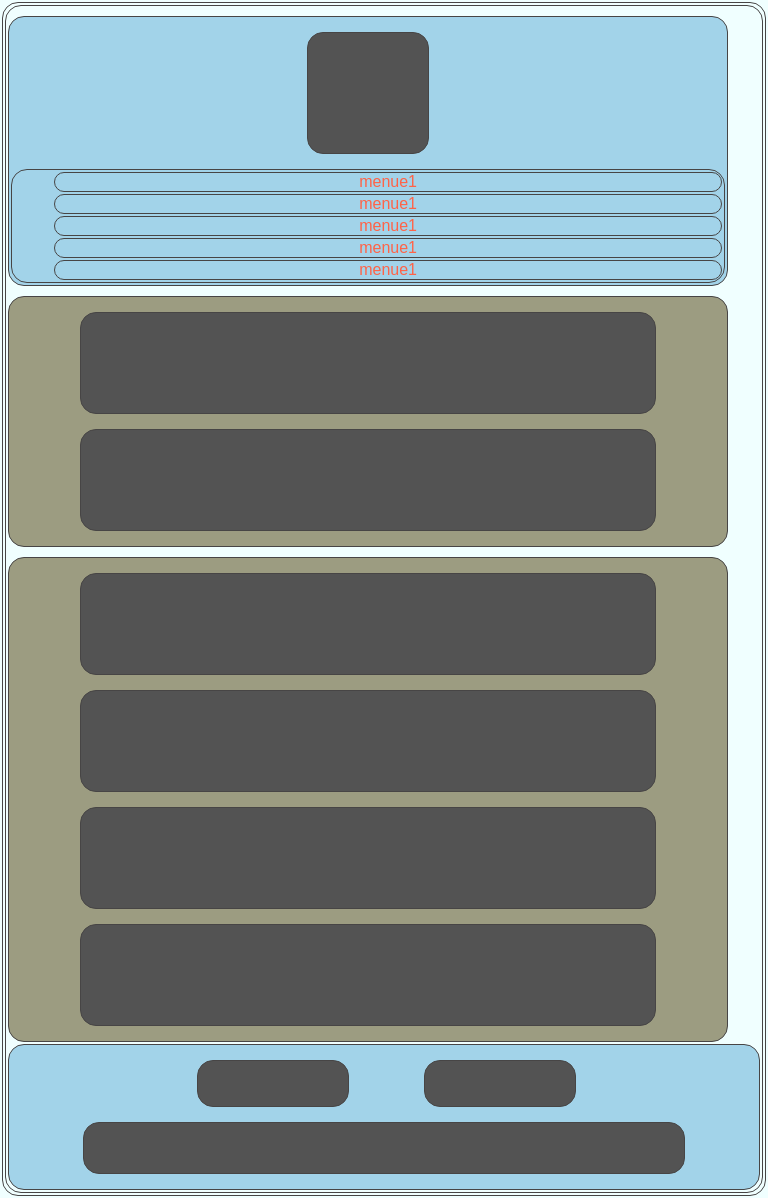
Repository: clairedupuich/cv-claireDUPUICH
Page: cv.html
An editor plug-in stored every save of this project. The page is shown before and after the next save, followed by the edit.
The browser window is 768 px wide. The pictures show the whole page.

Above is the page before, as saved 2020-10-08 17:33:31.

After the next save:
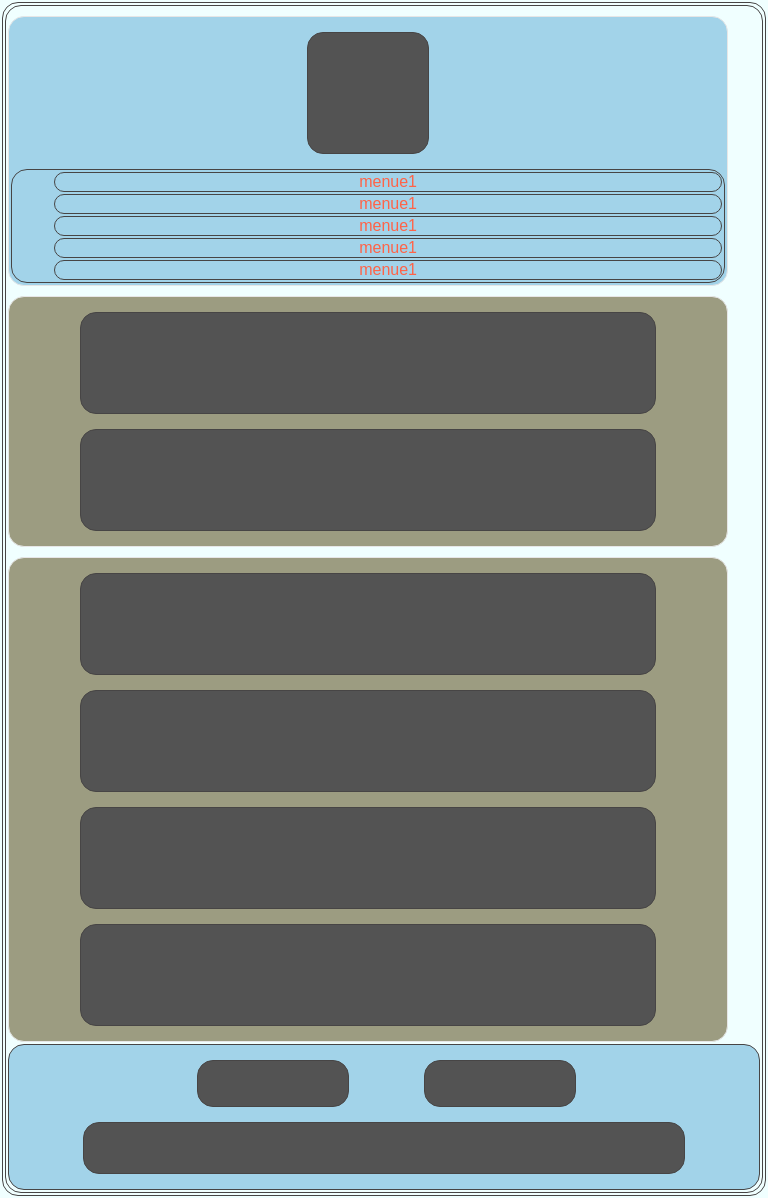
Saved 3 min 39 s later.
--- a/cv.css
+++ b/cv.css
@@ -1,6 +1,6 @@
 * {
     font-family: Avenir, sans-serif;
-    border: 1px solid rgb(230, 230, 230);
+    /* border: 1px solid rgb(230, 230, 230);   */
     border-radius: 16px;
     margin: 2px;
 
@@ -24,6 +24,8 @@
         margin-top: 10px;
         width: 95%;
         background-color: aquamarine;
+        border: 1px solid rgb(230, 230, 230);
+
 
 
     }
